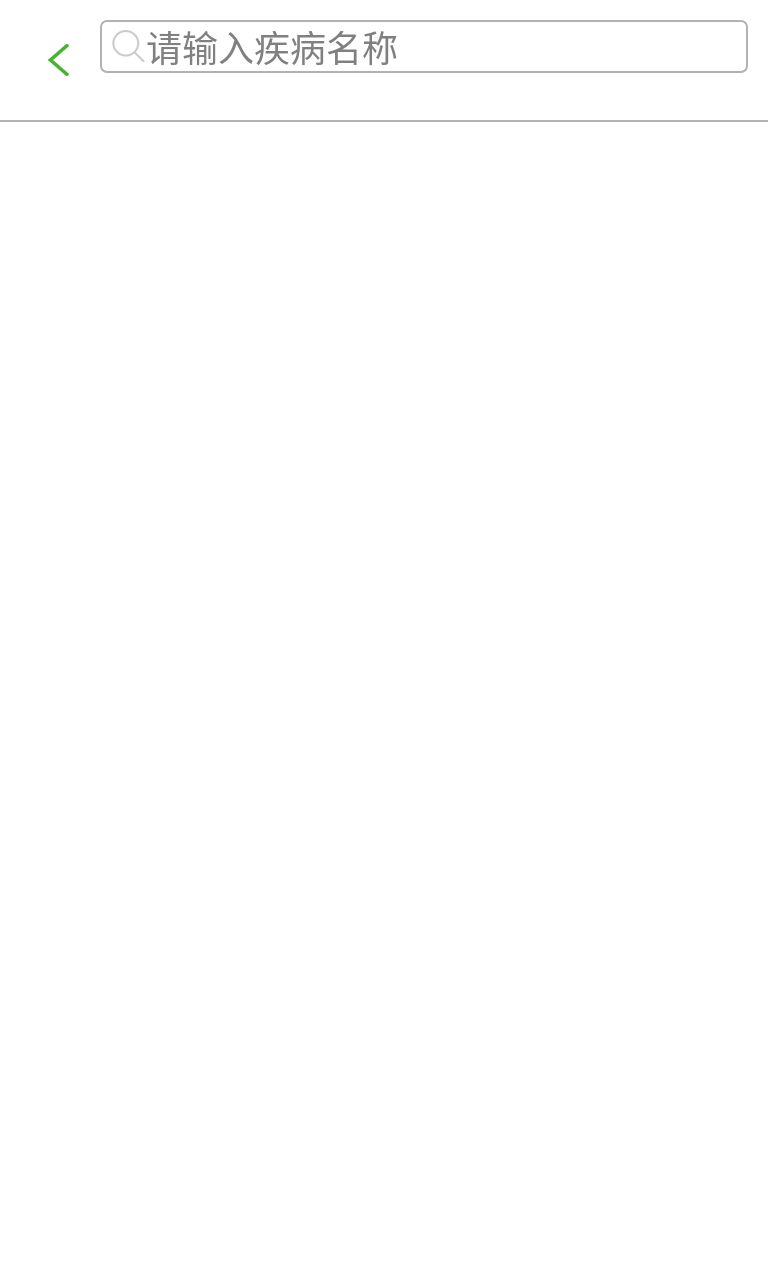
Repository: hjhlove110/XYApp
Layout: XYApp/res/layout/serache_view.xml
The author's editor kept a copy of each file at every save. The layout is drawn from the files as they stood at one save, then again after the next save.
It is drawn on a 768 x 1280 px phone screen (xhdpi) without system bars, with theme Translucent; the app's code is not run.

Above is the layout before, as saved 2015-09-23 05:35:11.

### XYApp/res/layout/serache_view.xml
<LinearLayout xmlns:android="http://schemas.android.com/apk/res/android"
    android:layout_width="fill_parent"
    android:layout_height="fill_parent"
    android:orientation="vertical" >

    <LinearLayout
        android:layout_width="match_parent"
        android:layout_height="wrap_content"
        android:layout_margin="10dp"
        android:orientation="horizontal" >

        <ImageButton
            android:id="@+id/btnBack"
            android:layout_width="wrap_content"
            android:layout_height="wrap_content"
            android:layout_margin="10dp"
            android:background="@drawable/btn_back_selector" />

        <EditText
            android:id="@+id/title"
            android:layout_width="0dp"
            android:layout_height="wrap_content"
            android:layout_weight="1"
            android:background="@drawable/txt_bg"
            android:drawableLeft="@drawable/serach1"
            android:gravity="center_vertical|left"
            android:hint="请输入疾病名称"
            android:paddingLeft="5dp"
            android:textColor="#49b233" />
    </LinearLayout>

    <View
        android:layout_width="match_parent"
        android:layout_height="1dp"
        android:background="#b2b2b2" />

</LinearLayout>

### XYApp/res/values/styles.xml
<resources>

    <!--
        Base application theme, dependent on API level. This theme is replaced
        by AppBaseTheme from res/values-vXX/styles.xml on newer devices.



    -->
    <style name="AppBaseTheme" parent="Theme.AppCompat.Light">
        <!--
            Theme customizations available in newer API levels can go in
            res/values-vXX/styles.xml, while customizations related to
            backward-compatibility can go here.



        -->
    </style>

    <!-- Application theme. -->
    <style name="AppTheme" parent="AppBaseTheme">

        <!-- All customizations that are NOT specific to a particular API-level can go here. -->
        <item name="android:windowNoTitle">true</item>
    </style>

    <style name="CheckBoxMain">
        <item name="android:button">@null</item>
        <item name="android:paddingTop">12dip</item>
        <item name="android:gravity">center</item>
        <item name="android:background">@drawable/bg_mune</item>
        <item name="android:textSize">14sp</item>
        <item name="android:textColor">#656565</item>
        <item name="android:layout_width">0dip</item>
        <item name="android:layout_height">wrap_content</item>
        <item name="android:layout_weight">1</item>
    </style>

    <style name="Translucent" parent="@android:style/Theme.Translucent">
        <item name="android:windowNoTitle">true</item>
        <item name="android:windowIsFloating">true</item>
        <item name="android:windowIsTranslucent">true</item>
        <item name="android:windowContentOverlay">@null</item>
        <item name="android:windowAnimationStyle">@android:style/Animation.Dialog</item>
        <item name="android:backgroundDimEnabled">true</item>
    </style>

</resources>

### XYApp/res/drawable/btn_back_selector.xml
<?xml version="1.0" encoding="UTF-8"?>
<selector xmlns:android="http://schemas.android.com/apk/res/android">

    <item android:drawable="@drawable/l_back_p" android:state_checked="true"/>
    <item android:drawable="@drawable/l_back_p" android:state_pressed="true"/>
    <item android:drawable="@drawable/l_back"/>

</selector>

### XYApp/res/drawable/txt_bg.xml
<?xml version="1.0" encoding="utf-8"?>
<shape xmlns:android="http://schemas.android.com/apk/res/android"
    android:shape="rectangle" >

    <corners android:radius="3dp" />

    <solid android:color="#ffffff" />

    <stroke
        android:width="1dp"
        android:color="#b2b2b2" />

</shape>

After the next save:
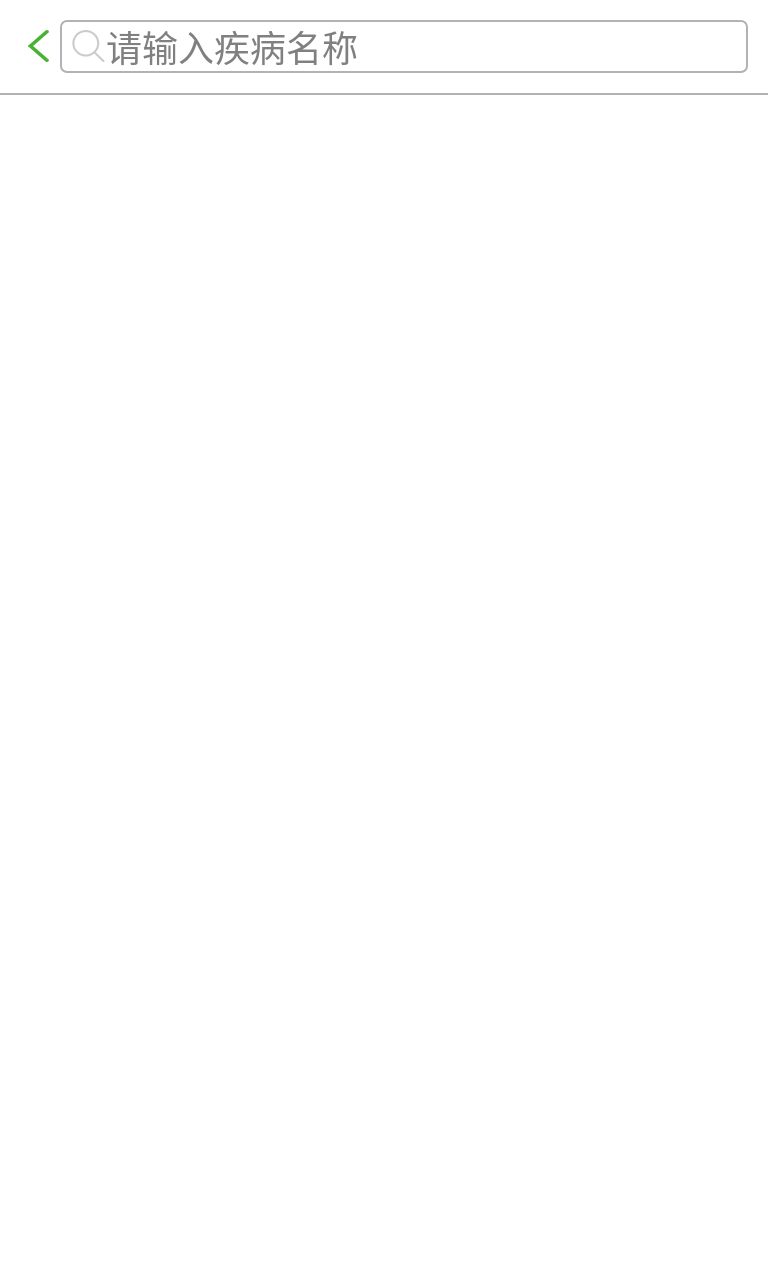
Saved 24 s later.
--- a/XYApp/res/layout/serache_view.xml
+++ b/XYApp/res/layout/serache_view.xml
@@ -7,13 +7,13 @@
         android:layout_width="match_parent"
         android:layout_height="wrap_content"
         android:layout_margin="10dp"
+        android:gravity="left|center_vertical"
         android:orientation="horizontal" >
 
         <ImageButton
             android:id="@+id/btnBack"
             android:layout_width="wrap_content"
             android:layout_height="wrap_content"
-            android:layout_margin="10dp"
             android:background="@drawable/btn_back_selector" />
 
         <EditText
